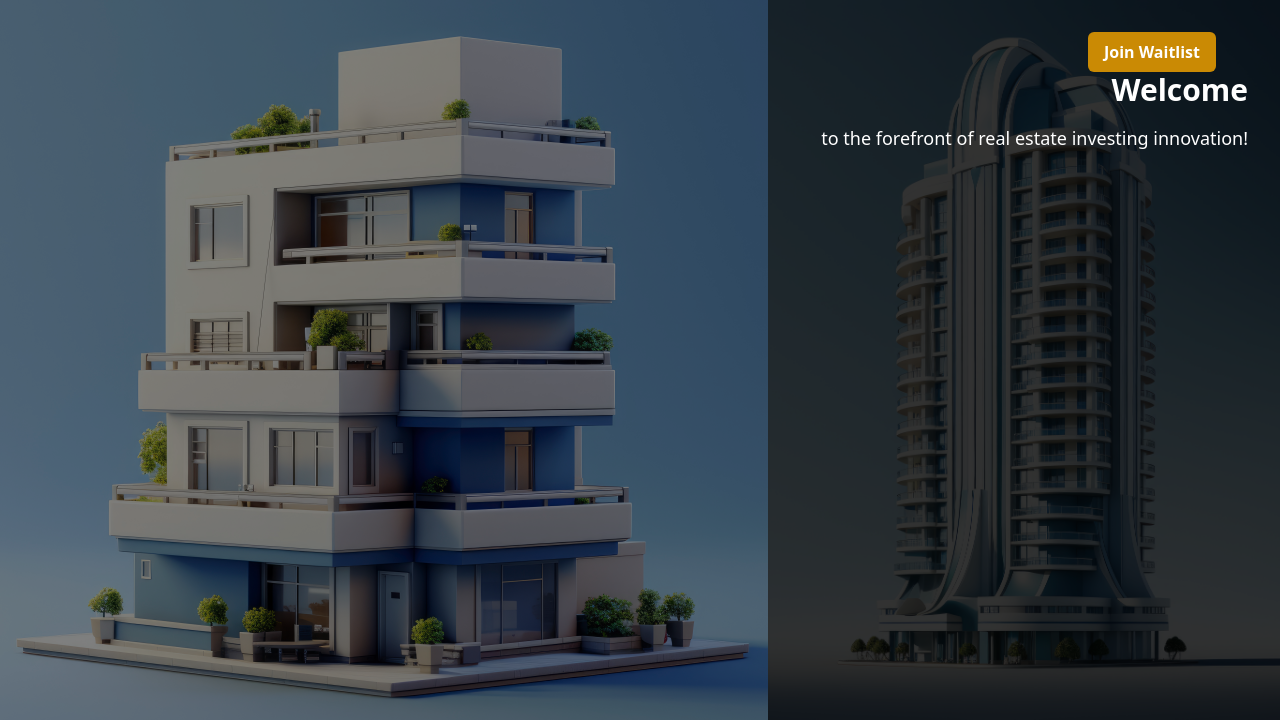
Repository: brytemenz/investnest-landing
Page: /
The author's editor kept a copy of each file at every save. The page is drawn from the files as they stood at one save, then again after the next save.
The browser window is 1280 px wide. The pictures show the whole page.
The project was rebuilt for these pictures with package versions that can differ from the ones it lists, and the page was loaded fresh each time. Also part of the build but not shown: vite.config.js.

Above is the page before, as saved 2024-05-28 19:13:50.

### src/main.jsx
// src/main.jsx
import 'antd/dist/reset.css';
import './index.css';
import './landingPage.css';
import React from 'react';
import ReactDOM from 'react-dom/client';
import App from './App';

ReactDOM.createRoot(document.getElementById('root')).render(
  <React.StrictMode>
    <App />
  </React.StrictMode>
);

### src/landingPage.css
/* src/landingPage.css */
.bg-cover {
  background-size: cover;
}

.bg-center {
  background-position: center;
}

### src/App.jsx
// src/App.jsx
import React from 'react';
import LandingPage from './pages/landingPage';

const App = () => {
  return (
    <LandingPage />
  );
};

export default App;

### src/pages/landingPage.jsx
// src/pages/LandingPage.jsx
import React from 'react';
import leftImage from '../assets/leftimage.jpg';
import rightImage from '../assets/rightimage.jpg';
import '../landingPage.css';

const LandingPage = () => {
  return (
    <div className="flex min-h-screen">
      <div className="w-3/5 relative">
        <div className="absolute inset-0 bg-black bg-opacity-50"></div>
        <div className="bg-cover bg-center h-full" style={{ backgroundImage: `url(${leftImage})` }}></div>
      </div>
      <div className="w-2/5 relative">
        <div className="bg-cover bg-center h-full" style={{ backgroundImage: `url(${rightImage})` }}>
          <div className="absolute inset-0 bg-black bg-opacity-80 flex flex-col justify-start items-end text-white px-8">
            <button className="bg-yellow-600 text-white px-4 py-2 rounded-md font-bold mt-8 mr-8">Join Waitlist</button>
            <div className="text-right">
              <h2 className="text-3xl font-bold mb-4">Welcome</h2>
              <p className="text-lg text-center mb-6">to the forefront of real estate investing innovation!</p>
            </div>
          </div>
        </div>
      </div>
    </div>
  );
};

export default LandingPage;

Loaded but not shown: src/index.css (common file); tailwind.config.js (common file)

After the next save:
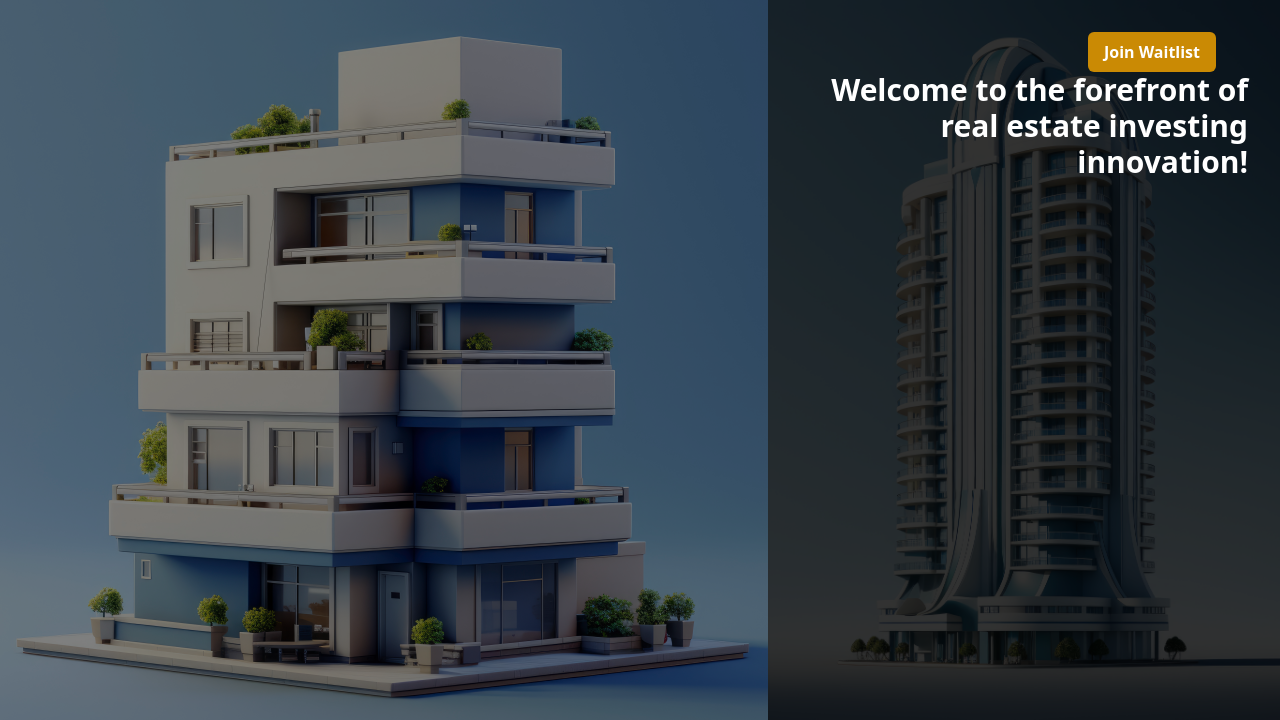
Saved 28 s later.
--- a/src/pages/landingPage.jsx
+++ b/src/pages/landingPage.jsx
@@ -16,8 +16,8 @@ const LandingPage = () => {
           <div className="absolute inset-0 bg-black bg-opacity-80 flex flex-col justify-start items-end text-white px-8">
             <button className="bg-yellow-600 text-white px-4 py-2 rounded-md font-bold mt-8 mr-8">Join Waitlist</button>
             <div className="text-right">
-              <h2 className="text-3xl font-bold mb-4">Welcome</h2>
-              <p className="text-lg text-center mb-6">to the forefront of real estate investing innovation!</p>
+              <h2 className="text-3xl font-bold mb-4">Welcome to the forefront of real estate investing innovation!</h2>
+              <p className="text-lg text-center mb-6"></p>
             </div>
           </div>
         </div>
